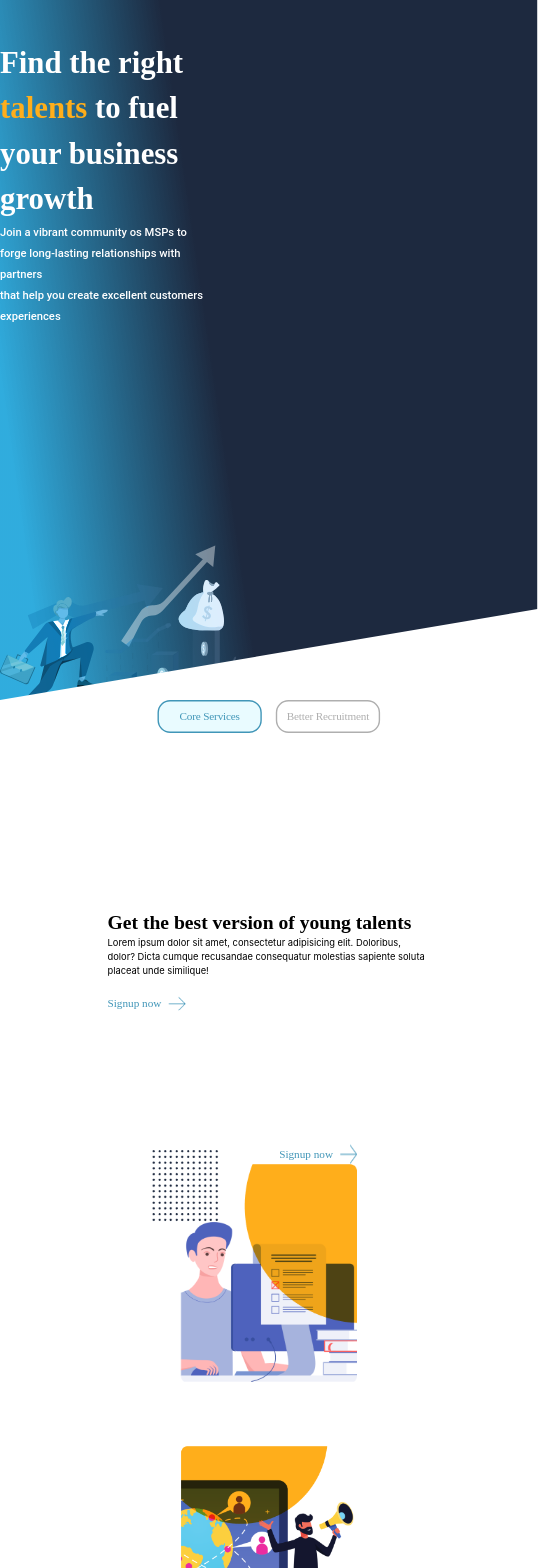
Repository: uh-sman/Vacanxe
Page: /
An editor plug-in stored every save of this project. The page is shown before and after the next save, followed by the edit.
The browser window is 768 px wide. The pictures show the part of the page from y = 0 to 2240 px (the page is 5747 px tall), at 70% of full size.
The project was rebuilt for these pictures with package versions that can differ from the ones it lists, and the page was loaded fresh each time. Also part of the build but not shown: src/components/data.js, src/components/navbar.css, src/components/SideNav.jsx, src/components/Navbar.jsx.

Above is the page before, as saved 2022-12-04 12:11:55.

After the next save:
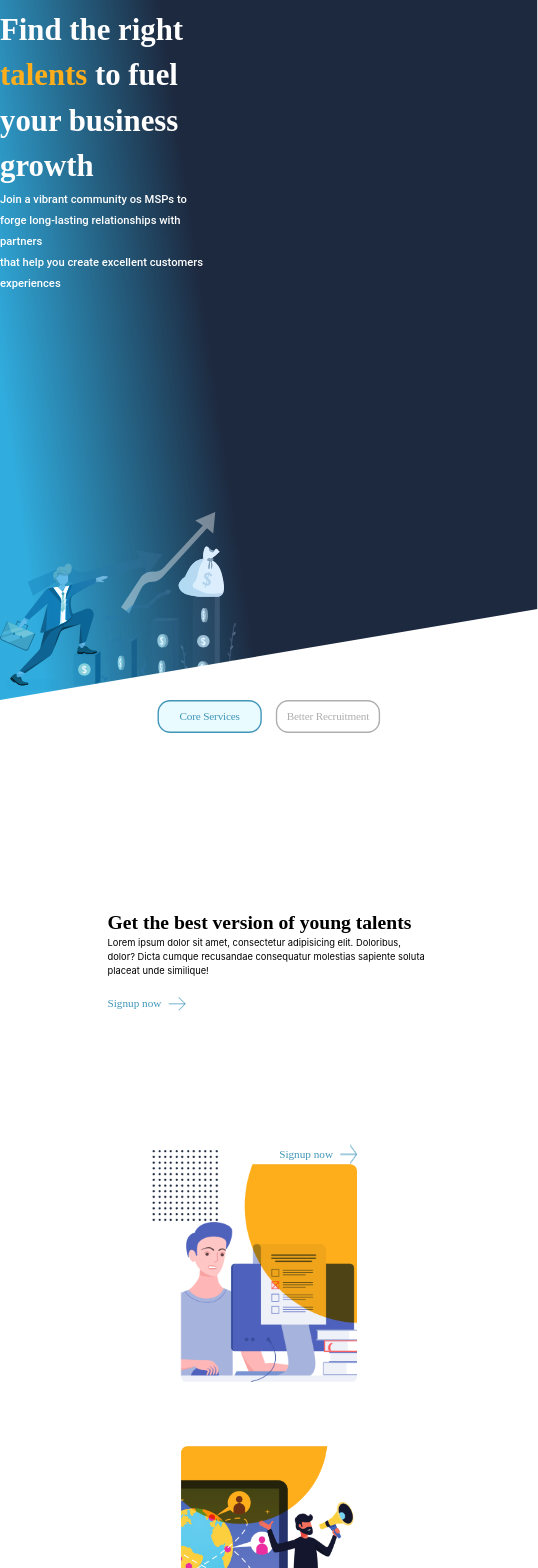
Saved 63 s later.
--- a/src/components/hero.css
+++ b/src/components/hero.css
@@ -84,6 +84,9 @@
     flex-direction: column;
     /* flex-wrap: wrap; */
   }
+  .hero-content {
+    padding-top: 0px;
+  }
   /* .hero-content {
     width: 100vw;
   } */
